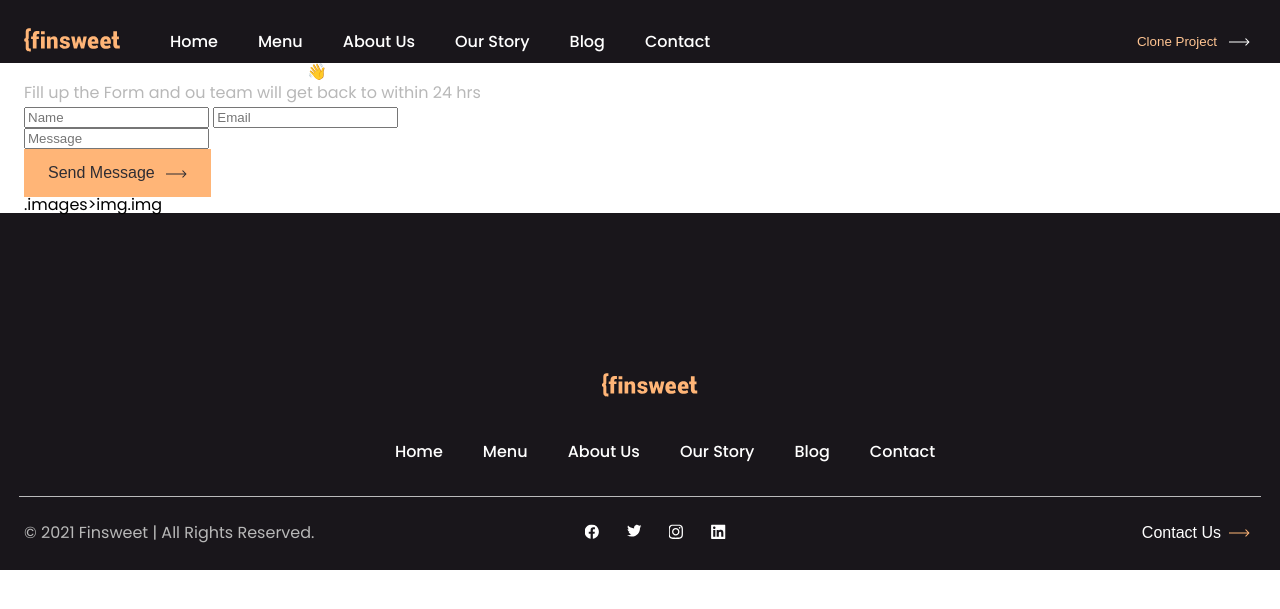
Repository: Minns-Cao/project-finsweet
Page: contact.html
An editor plug-in stored every save of this project. The page is shown before and after a run of saves, followed by the edit.
The browser window is 1280 px wide. The pictures show the whole page.
Some web fonts or font styles are not loaded; a fallback is used.

Above is the page before, as saved 2023-05-05 13:48:16.

### contact.html
<!DOCTYPE html>
<html lang="en">
    <head>
        <meta charset="UTF-8" />
        <meta http-equiv="X-UA-Compatible" content="IE=edge" />
        <meta name="viewport" content="width=device-width, initial-scale=1.0" />
        <title>Finsweet</title>
        <!-- Reset CSS -->
        <link rel="stylesheet" href="./assets/css/reset.css" />
        <!-- Style -->
        <link rel="stylesheet" href="./assets/css/style.css" />
        <link rel="stylesheet" href="./assets/css/style_contact.css" />
        <!-- Fonts -->
        <link rel="preconnect" href="https://fonts.googleapis.com" />
        <link rel="preconnect" href="https://fonts.gstatic.com" crossorigin />
        <link
            href="https://fonts.googleapis.com/css2?family=Playfair+Display:ital,wght@0,400;0,500;0,600;0,700;0,800;0,900;1,400;1,500;1,600;1,700;1,800;1,900&family=Poppins:ital,wght@0,300;0,400;0,500;0,600;1,300;1,400;1,500;1,600&display=swap"
            rel="stylesheet"
        />
    </head>
    <body>
        <!-- ========================================Contact Page================================================ -->
        <!-- Header -->
        <header class="fixed header">
            <div class="main-content">
                <div class="body">
                    <!-- Logo -->
                    <a href="./index.html"
                        ><img
                            src="./assets/img/Logo.svg"
                            alt="logo"
                            class="logo"
                    /></a>
                    <!-- Navigation -->
                    <div class="nav">
                        <ul>
                            <li>
                                <a href="./index.html">Home</a>
                            </li>
                            <li>
                                <a href="./menu.html">Menu</a>
                            </li>
                            <li>
                                <a href="./aboutUs.html">About Us</a>
                            </li>
                            <li>
                                <a href="./ourStory.html">Our Story</a>
                            </li>
                            <li>
                                <a href="./blog.html">Blog</a>
                            </li>
                            <li>
                                <a href="./contact.html">Contact</a>
                            </li>
                        </ul>
                    </div>
                    <!-- Action -->
                    <button class="action">
                        <span class="label">Clone Project</span>
                        <img
                            src="./assets/img/arrow-to-right.svg"
                            alt="arrow-to-right"
                            class="arrow-to-right"
                        />
                    </button>

                    <!-- Navigation Mobile -->
                    <label for="nav-mb-checkbox" class="nav-mb-btn">
                        <svg
                            xmlns="http://www.w3.org/2000/svg"
                            viewBox="0 0 448 512"
                            width="32"
                            height="32"
                        >
                            <path
                                d="M0 96C0 78.3 14.3 64 32 64H416c17.7 0 32 14.3 32 32s-14.3 32-32 32H32C14.3 128 0 113.7 0 96zM0 256c0-17.7 14.3-32 32-32H416c17.7 0 32 14.3 32 32s-14.3 32-32 32H32c-17.7 0-32-14.3-32-32zM448 416c0 17.7-14.3 32-32 32H32c-17.7 0-32-14.3-32-32s14.3-32 32-32H416c17.7 0 32 14.3 32 32z "
                                fill="#FFB577"
                            />
                        </svg>
                    </label>

                    <input
                        class="nav-input"
                        type="checkbox"
                        name="nav-mb-checkbox"
                        id="nav-mb-checkbox"
                    />

                    <label for="nav-mb-checkbox" class="nav_overlay"></label>

                    <div class="nav-mb">
                        <div class="exit-bar">
                            <!-- Logo -->
                            <a href="./index.html"
                                ><img
                                    src="./assets/img/Logo.svg"
                                    alt="logo"
                                    class="logo"
                            /></a>
                            <!-- exit button -->
                            <label for="nav-mb-checkbox">
                                <svg
                                    xmlns="http://www.w3.org/2000/svg"
                                    viewBox="0 0 512 512"
                                    width="32"
                                    height="32"
                                    class="exit-btn"
                                >
                                    <path
                                        d="M256 512A256 256 0 1 0 256 0a256 256 0 1 0 0 512zM175 175c9.4-9.4 24.6-9.4 33.9 0l47 47 47-47c9.4-9.4 24.6-9.4 33.9 0s9.4 24.6 0 33.9l-47 47 47 47c9.4 9.4 9.4 24.6 0 33.9s-24.6 9.4-33.9 0l-47-47-47 47c-9.4 9.4-24.6 9.4-33.9 0s-9.4-24.6 0-33.9l47-47-47-47c-9.4-9.4-9.4-24.6 0-33.9z"
                                        fill="#FFB577"
                                    />
                                </svg>
                            </label>
                        </div>
                        <ul>
                            <li>
                                <a href="./index.html">Home</a>
                            </li>
                            <li>
                                <a href="./menu.html">Menu</a>
                            </li>
                            <li>
                                <a href="./aboutUs.html">About Us</a>
                            </li>
                            <li>
                                <a href="./ourStory.html">Our Story</a>
                            </li>
                            <li>
                                <a href="./blog.html">Blog</a>
                            </li>
                            <li>
                                <a href="./contact.html">Contact</a>
                            </li>
                        </ul>
                    </div>
                </div>
            </div>
        </header>
        <!-- Main -->
        <main>
            <!-- contactUs -->
            <div class="contact-us">
                <div class="main-content">
                    <div class="left-column">
                        <h2 class="heading">
                            Have a Question ? Get in Touch with us 👋
                        </h2>
                        <p class="desc">
                            Fill up the Form and ou team will get back to within
                            24 hrs
                        </p>
                        <div class="input">
                            <div class="input-info">
                                <input
                                    type="text"
                                    class="inp-name"
                                    placeholder="Name"
                                />
                                <input
                                    type="text"
                                    class="inp-email"
                                    placeholder="Email"
                                />
                            </div>
                            <input
                                type="text"
                                class="inp-msg"
                                placeholder="Message"
                            />
                        </div>
                        <button class="btn">
                            <span class="label-med">Send Message</span>
                            <img
                                src="./assets/img/arrow-to-right-black.svg"
                                alt="arrow-to-right"
                                class="arrow-to-right"
                            />
                        </button>
                    </div>
                    <div class="right-column">
                        .images>img.img
                    </div>
                </div>
            </div>
        </main>
        <!-- Footer -->
        <footer class="footer">
            <div class="main-content">
                <div class="body">
                    <!-- Logo -->
                    <a href="#"
                        ><img
                            src="./assets/img/Logo.svg"
                            alt="logo"
                            class="logo"
                    /></a>
                    <!-- Navigation -->
                    <div class="nav">
                        <ul>
                            <li>
                                <a href="./index.html">Home</a>
                            </li>
                            <li>
                                <a href="#">Menu</a>
                            </li>
                            <li>
                                <a href="./aboutUs.html">About Us</a>
                            </li>
                            <li>
                                <a href="./ourStory.html">Our Story</a>
                            </li>
                            <li>
                                <a href="./blog.html">Blog</a>
                            </li>
                            <li>
                                <a href="./contact.html">Contact</a>
                            </li>
                        </ul>
                    </div>
                    <!-- Contact-Footer -->
                    <div class="contact-footer">
                        <!-- Copyright -->
                        <div class="container">
                            <p class="copyright">
                                © 2021 Finsweet | All rights reserved.
                            </p>
                        </div>
                        <!-- Socials -->
                        <div class="socials-list">
                            <div class="social">
                                <img
                                    src="./assets/img/icon/icon_facebook.svg"
                                    alt="icon_facebook"
                                />
                            </div>
                            <div class="social">
                                <img
                                    src="./assets/img/icon/icon_twitter.svg"
                                    alt="icon_twitter"
                                />
                            </div>
                            <div class="social">
                                <img
                                    src="./assets/img/icon/icon_instagram.svg"
                                    alt="icon_instagram"
                                />
                            </div>
                            <div class="social">
                                <img
                                    src="./assets/img/icon/icon_linkin.svg"
                                    alt="icon_linkin"
                                />
                            </div>
                        </div>
                        <!-- action -->
                        <button
                            class="action"
                            onclick="window.location.href='./contact.html'"
                        >
                            <span class="label-med">Contact Us</span>
                            <svg
                                width="21"
                                height="8"
                                viewBox="0 0 21 8"
                                fill="none"
                                xmlns="http://www.w3.org/2000/svg"
                            >
                                <path
                                    d="M20.3536 4.35355C20.5488 4.15829 20.5488 3.84171 20.3536 3.64645L17.1716 0.464466C16.9763 0.269204 16.6597 0.269204 16.4645 0.464466C16.2692 0.659728 16.2692 0.976311 16.4645 1.17157L19.2929 4L16.4645 6.82843C16.2692 7.02369 16.2692 7.34027 16.4645 7.53553C16.6597 7.7308 16.9763 7.7308 17.1716 7.53553L20.3536 4.35355ZM0 4.5L20 4.5V3.5L0 3.5L0 4.5Z"
                                    fill="#FFB577"
                                />
                            </svg>
                        </button>
                    </div>
                </div>
            </div>
        </footer>
    </body>
</html>

### assets/css/style.css
* {
    box-sizing: border-box;
}

:root {
    --primary-color: #ffb577;
    --background-color: #19161b;
    --font-heading: Playfair Display, "serif";
}

html,
body {
    scroll-behavior: smooth;
}

html {
    font-size: 62.5%;
}

body {
    font-size: 1.6rem;
    font-family: "Poppins", sans-serif;
}

/* ================common=================*/
.main-content {
    width: 1280px;
    max-width: calc(100% - 48px);
    margin-left: auto;
    margin-right: auto;
}

a {
    text-decoration: none;
}

.btn {
    border: none;
    background: #ffb577;
    padding: 12px 24px;
}

.label-med {
    margin-right: 8px;
    font-weight: 500;
    font-size: 1.6rem;
    line-height: 1.5;
    color: #2e2d33;
}

.label-extransmall {
    font-weight: 500;
    font-size: 1.2rem;
    line-height: 1.33;
    color: #ffffff;
}

.heading {
    font-family: var(--font-heading);
    font-style: normal;
    color: #ffffff;
}

.lv1 {
    font-weight: 700;
    font-size: 5.6rem;
    line-height: 1.21;
}

.lv2 {
    font-weight: 700;
    font-size: 4.8rem;
    line-height: 1.21;
}

.lv3 {
    font-weight: 700;
    font-size: 3.3rem;
    line-height: 1.5;
}

.lv4 {
    font-weight: 700;
    font-size: 2rem;
    line-height: 1.5;
}

.lv5 {
    font-weight: 700;
    font-size: 1.4rem;
    line-height: 1.5;
}

.desc {
    font-weight: 400;
    font-size: 1.6rem;
    line-height: 1.75;
    color: #b8b8b8;
}

.caption {
    position: relative;
    display: inline-block;
    font-family: var(--font-heading);
    font-weight: 400;
    font-size: 1.6rem;
    line-height: 1.5;
    color: #ffb577;
}

.caption::after {
    position: absolute;
    content: "";
    display: block;
    width: 48px;
    border: 0.5px solid #ffffff;
    top: 50%;
    right: calc(-48px - 16px);
}

/* ================Header=================*/
.fixed {
    position: sticky;
    top: -20px;
    z-index: 1;
}

.header {
    background-color: var(--background-color);
}

.header .body {
    display: flex;
    align-items: center;
    padding: 28px 0px 8px;
}

.nav ul {
    display: flex;
    gap: 40px;
    margin-left: 50px;
}

.nav li a {
    font-weight: 500;
    font-size: 1.6rem;
    line-height: 1.5;
    color: #ffffff;
}

.header .action {
    display: flex;
    justify-content: center;
    align-items: center;
    margin-left: auto;
    border: none;
    background-color: var(--background-color);
}

.header .action .label {
    margin-right: 12px;
    color: #ffc492;
}

.header .nav-mb-btn {
    display: none;
}

.header .nav-mb {
    position: fixed;
    background-color: var(--background-color);
    top: 0;
    right: 0;
    width: 320px;
    max-width: 100%;
    height: 100vh;
    z-index: 1;
    padding: 26px;
    transform: translateX(100%);
    transition: transform ease-in 0.2s;
}

.nav_overlay {
    display: none;
    position: fixed;
    top: 0;
    right: 0;
    left: 0;
    bottom: 0;
    background-color: rgba(0, 0, 0, 0.5);
    animation: fadeIn linear 0.5s;
}

.nav-input {
    display: none;
}

/* ================Footer=================*/

.footer {
    background-color: var(--background-color);
    padding-top: 160px;
    padding-bottom: 24px;
}

.footer .logo {
    display: block;
    margin-left: auto;
    margin-right: auto;
    transform: translateX(+10%);
}

.footer .nav {
    position: relative;
    display: flex;
    justify-content: center;
    align-items: center;

    margin-top: 43px;
}

.footer .nav::after {
    position: absolute;
    content: "";
    display: block;
    width: 97vw;
    height: 0.5px;
    background-color: #fff;
    bottom: -32px;
    opacity: 0.7;
}

.contact-footer {
    display: flex;
    justify-content: space-between;
    align-items: center;
    margin-top: 56px;
}

.contact-footer .copyright {
    font-weight: 400;
    font-size: 1.6rem;
    line-height: 1.5;
    text-transform: capitalize;
    color: #b8b8b8;
}

.contact-footer .socials-list {
    display: flex;
    gap: 27px;
    transform: translateX(-50%);
}

.contact-footer .action {
    display: flex;
    justify-content: center;
    align-items: center;
    border: none;
    background-color: var(--background-color);
}

.contact-footer .action .label-med {
    color: #ffffff;
}

/* ==================Responsive==================== */

@media (max-width: 768px) {
    /* Responsive Header */
    .header .nav,
    .header .action {
        display: none;
    }

    .header .nav-mb-btn {
        display: block;
        margin-left: auto;
    }

    .nav-input:checked ~ .nav_overlay {
        display: block;
    }

    .nav-input:checked ~ .nav-mb {
        transform: translateX(0);
    }

    .nav-mb .exit-bar {
        position: relative;
        display: flex;
        justify-content: space-between;
        align-items: center;
        margin-bottom: 40px;
    }

    .nav-mb .exit-bar::after {
        position: absolute;
        content: "";
        bottom: -20px;
        width: 100%;
        border: 0.5px solid #fff;
    }

    .nav-mb ul {
        display: flex;
        flex-direction: column;
        justify-content: center;
        align-items: center;
        gap: 40px;
    }

    .nav-mb li a {
        font-weight: 500;
        font-size: 1.6rem;
        line-height: 1.5;
        color: #ffffff;
    }

    /* ==================Responsive-Footer================== */
    .footer .logo {
        display: none;
    }

    .footer .nav ul {
        flex-direction: column;
        justify-content: center;
        align-items: center;
        margin-left: 0;
    }

    .contact-footer {
        flex-direction: column-reverse;
        justify-content: center;
        align-items: center;
        gap: 10px;
    }

    .contact-footer .socials-list {
        justify-content: center;
        align-items: center;
        transform: translateX(0);
    }

    /* ================Responsive-Contact=================*/

    .contact .body {
        flex-direction: column;
    }

    .contact .body .img-map {
        width: 100%;
        object-fit: cover;
    }
}

@media (max-width: 430px) {
    /* ================Moblie-Responsive-Contact=================*/
    .contact .container {
        padding: 20px !important;
    }
}

@keyframes fadeIn {
    from {
        opacity: 0;
    }
    to {
        opacity: 1;
    }
}

Loaded but not shown: assets/css/reset.css (common file); assets/css/style_contact.css (no stored copy; drawn as an empty file)

After the next 2 saves:
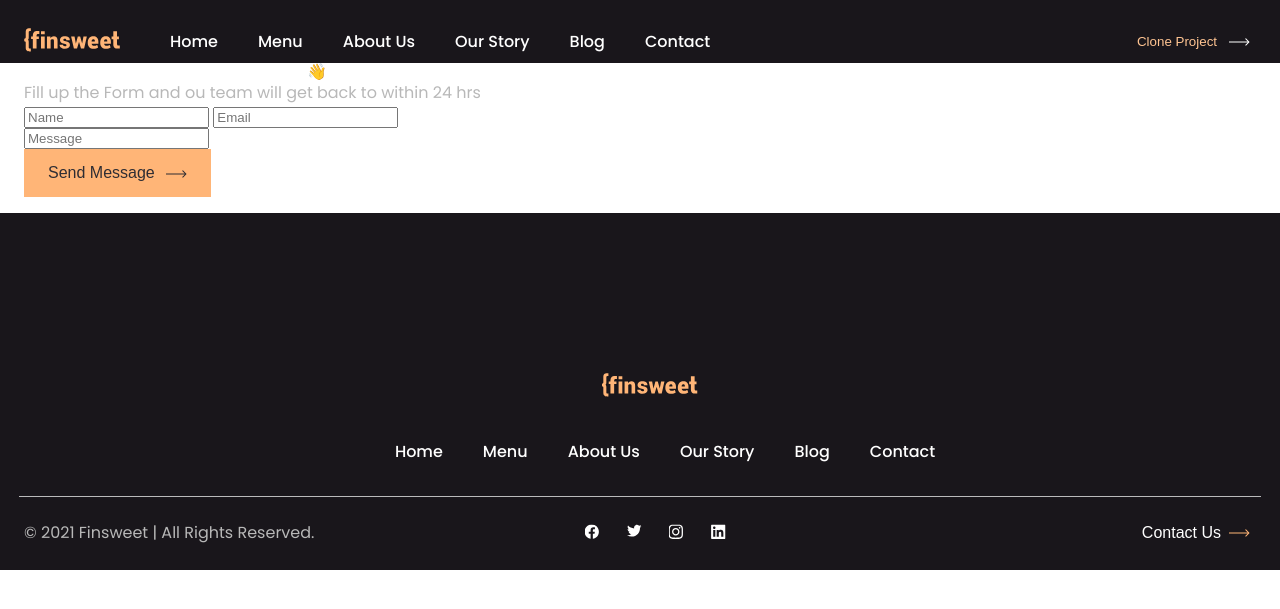
The 2 saves are shown as one change because they came seconds apart.
The last was saved 6 s later.
--- a/contact.html
+++ b/contact.html
@@ -179,7 +179,10 @@
                         </button>
                     </div>
                     <div class="right-column">
-                        .images>img.img
+                        <div class="images">
+                            <img src="" alt="" class="img">
+                            <img src="" alt="" class="img">
+                        </div>
                     </div>
                 </div>
             </div>
